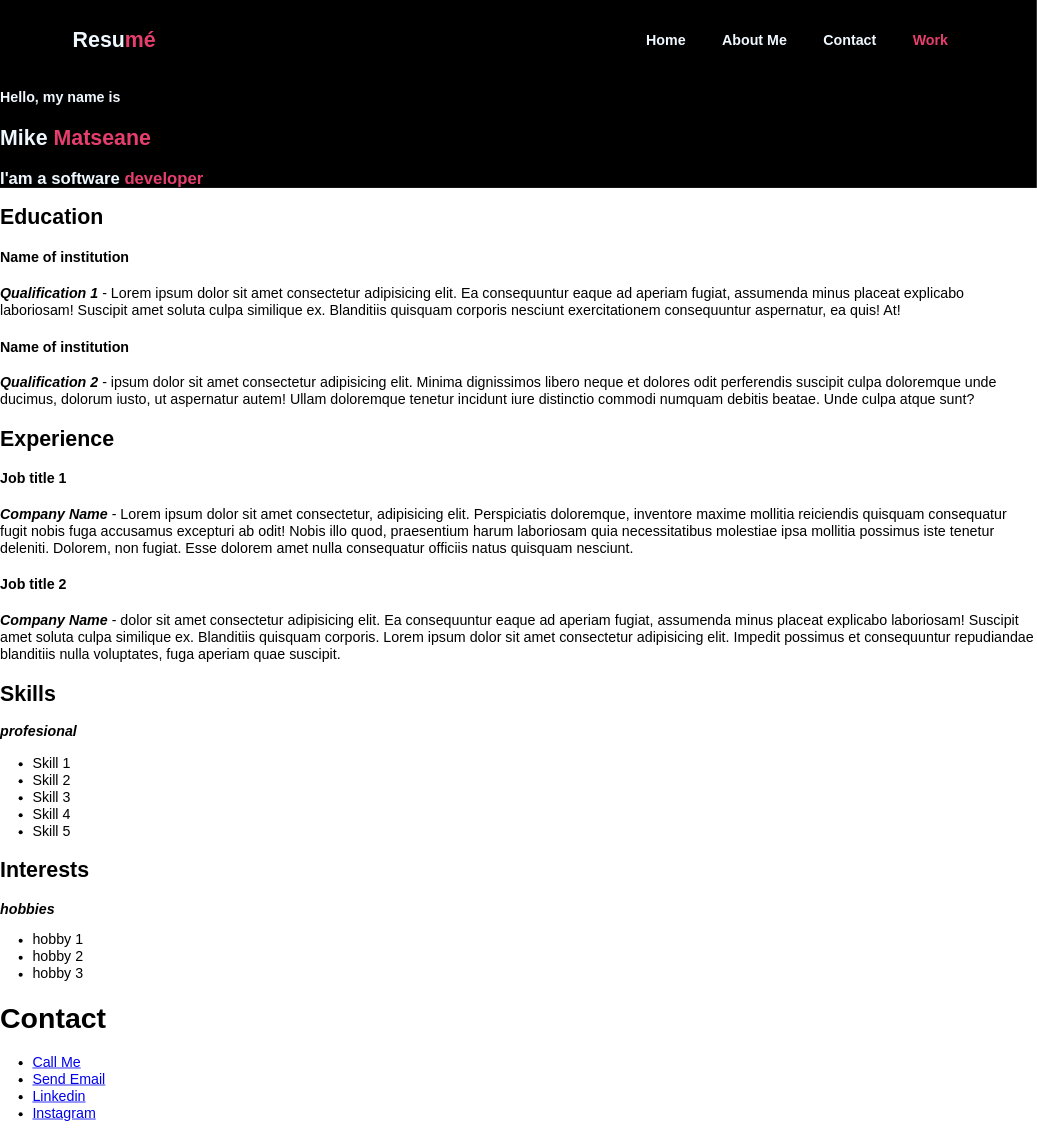
Repository: mikempho/Resume1
Page: resume1.html
The author's editor kept a copy of each file at every save. The page is drawn from the files as they stood at one save, then again after the next save.
The browser window is 1280 px wide. The pictures show the whole page, at 81% of full size.

Above is the page before, as saved 2022-03-26 09:41:13.

### resume1.html
<html lang="en">
<head>
    <meta charset="UTF-8">
    <meta http-equiv="X-UA-Compatible" content="IE=edge">
    <meta name="viewport" content="width=device-width, initial-scale=1.0">
    <link rel="stylesheet" href="./css/stylesheet.css">
    <title>Mike Matseane</title>
</head>
<body>

    <section>

        <div class="hero">
            <!-- Navigation Bar -->
            <nav class="navbar">
                <h2 class="resume-logo">Resu<span>mé</span></h2>
                <ul>
                    <li><a href="resume1.html">Home</a></li>
                    <li><a href="#education">About Me</a></li>
                    <li><a href="#contact-info">Contact</a></li>
                    <li><a href="#"><span>Work</span></a></li>
                </ul>
            </nav>

            <div class="Intro">
                <!-- <img src="" alt="Profile-Img"> -->
                <h4>Hello, my name is </h4>
                <h1>Mike <span>Matseane</span></h1>
                <h3>I'am a software <span>developer</span></h3>
            </div>

        </div>

        <article>
            <!-- Education Section -->

            <div id="education">
                <h2>Education</h2>
                <div class="container">
                    <h4>Name of institution</h4>
                    <p><strong><em>Qualification 1</em></strong> - Lorem ipsum dolor sit amet consectetur adipisicing elit. Ea consequuntur eaque ad aperiam fugiat, assumenda minus placeat explicabo laboriosam! Suscipit amet soluta culpa similique ex. Blanditiis quisquam corporis nesciunt exercitationem consequuntur aspernatur, ea quis! At!</p>
                </div>
                <div class="container">
                    <h4>Name of institution</h4>
                    <p><strong><em>Qualification 2</em></strong> - ipsum dolor sit amet consectetur adipisicing elit. Minima dignissimos libero neque et dolores odit perferendis suscipit culpa doloremque unde ducimus, dolorum iusto, ut aspernatur autem! Ullam doloremque tenetur incidunt iure distinctio commodi numquam debitis beatae. Unde culpa atque sunt?</p>
                </div>
            </div>

            <!-- Experience Section-->
            <div id="experience">
                <h2>Experience</h2>
                <div class="container">
                    <h4>Job title 1</h4>
                    <p><strong><em>Company Name</em></strong> - Lorem ipsum dolor sit amet consectetur, adipisicing elit. Perspiciatis doloremque, inventore maxime mollitia reiciendis quisquam consequatur fugit nobis fuga accusamus excepturi ab odit! Nobis illo quod, praesentium harum laboriosam quia necessitatibus molestiae ipsa mollitia possimus iste tenetur deleniti. Dolorem, non fugiat. Esse dolorem amet nulla consequatur officiis natus quisquam nesciunt.</p>
                </div>
                <div class="container">
                    <h4>Job title 2</h4>
                    <p><strong><em>Company Name</em></strong> - dolor sit amet consectetur adipisicing elit. Ea consequuntur eaque ad aperiam fugiat, assumenda minus placeat explicabo laboriosam! Suscipit amet soluta culpa similique ex. Blanditiis quisquam corporis. Lorem ipsum dolor sit amet consectetur adipisicing elit. Impedit possimus et consequuntur repudiandae blanditiis nulla voluptates, fuga aperiam quae suscipit.</p>
                </div>
            </div>

            <!-- Skills Section -->
            <div id="skills">
                <h2>Skills</h2>
                <div>
                    <p><strong><em>profesional</em></strong></p>
                    <ul>
                        <li>Skill 1</li>
                        <li>Skill 2</li>
                        <li>Skill 3</li>
                        <li>Skill 4</li>
                        <li>Skill 5</li>
                    </ul>
                </div>
            </div>
            <div id="interests">
                <h2>Interests</h2>
                <div>
                    <p><strong><em>hobbies</em></strong></p>
                    <ul>
                        <li>hobby 1</li>
                        <li>hobby 2</li>
                        <li>hobby 3</li>
                    </ul>
                </div>
            </div>
        </article>
    </section>


    <!-- Footer Section -->
    <footer>
        <div id="contact-info">
            <h1>Contact</h1>
            <ul>
                <!-- target(_blank) = New Tab -->
                <!-- Call Me -->
                <li><a href="tel:0681454887" target="_blank">Call Me</a></li>

                <!-- Send Email -->
                <li><a href="mailto:mikempho03@gmail.com" target="_blank">Send Email</a></li>

                <!-- Linkedin (Socials) -->
                <li><a href="https://www.linkedin.com/feed/" target="_blank">Linkedin</a></li>

                <!-- Instagram -->
                <li><a href="https://www.instagram.com/mike_mx.sa/tagged/" target="_blank">Instagram</a></li>
            </ul>
        </div>

    </footer>
</body>
</html>

### css/stylesheet.css
body{
  font-family:Arial, Helvetica, sans-serif;
  font-size:110%;
  margin: 0;
}

/* Hero Section */

.hero {
  background-color: #000;
  color: aliceblue;
}

span {
  color: E63E6D;
}

.resume {
  font-size: 1.5rem;
}
.navbar {
  display: flex;
  align-items: center;
  justify-content: space-between;
  padding-top: 12px;
  padding-left:7%;
  padding-right:7%;
}

nav ul li{
  list-style: none;
  display: inline;
  padding: 0 20px;
  font-weight: 600;
}

nav ul li a {
  text-decoration: none;
  color: aliceblue;
}

After the next save:
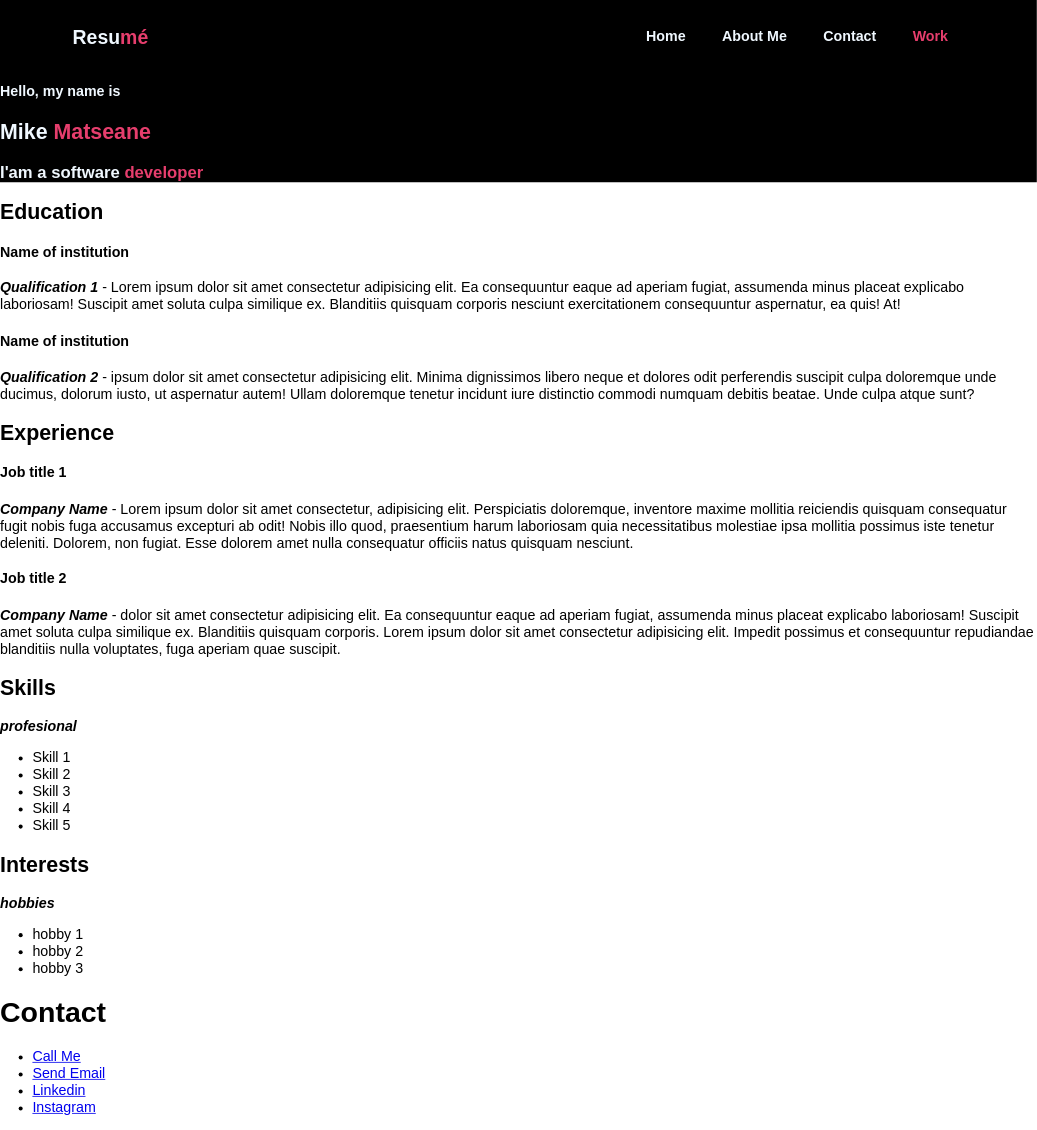
Saved 8 s later.
--- a/css/stylesheet.css
+++ b/css/stylesheet.css
@@ -15,7 +15,7 @@ span {
   color: E63E6D;
 }
 
-.resume {
+.resume-logo {
   font-size: 1.5rem;
 }
 .navbar {
